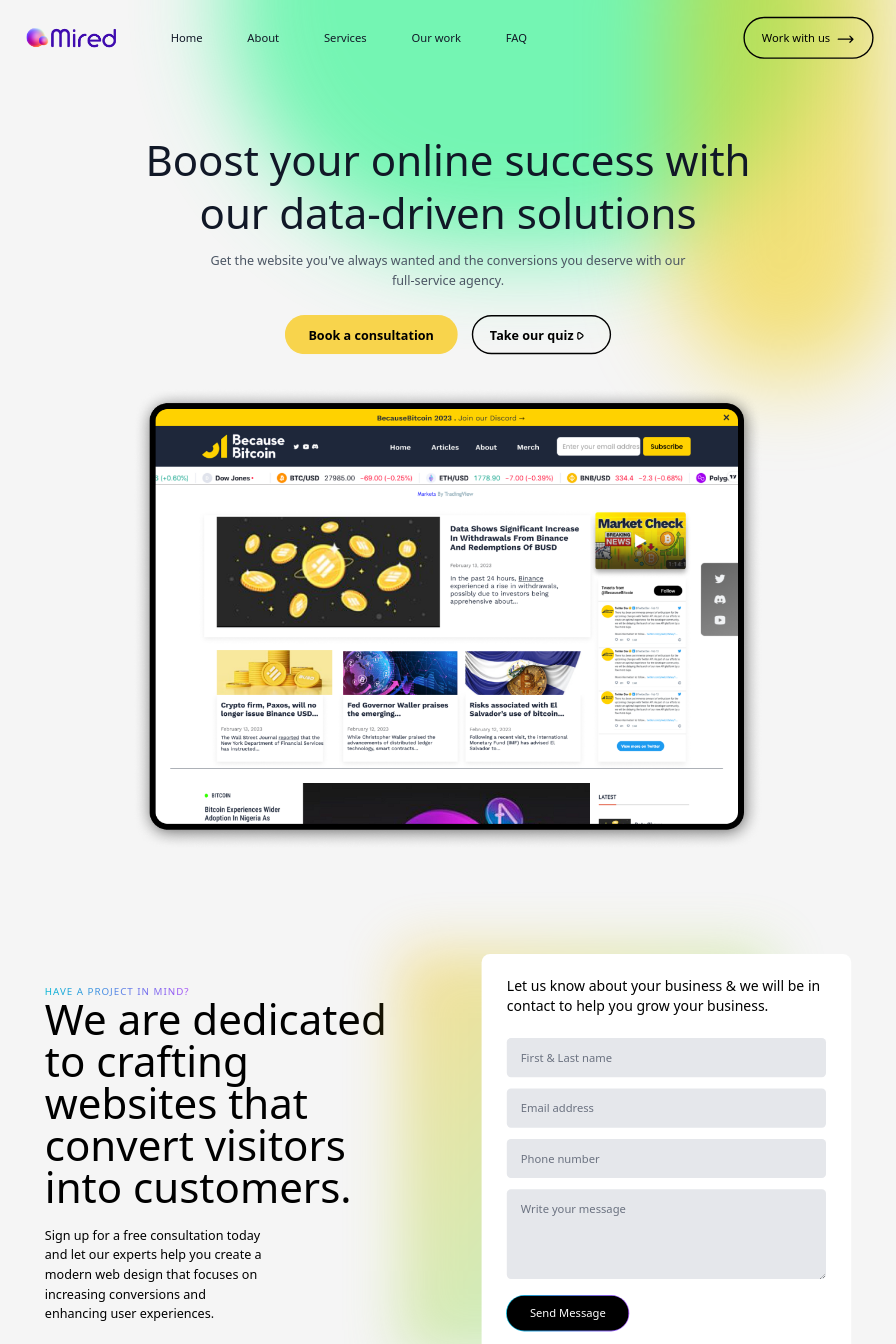
Repository: ornelasedward/mired_website
Page: /
The author's editor kept a copy of each file at every save. The page is drawn from the files as they stood at one save, then again after a run of saves.
The browser window is 1280 px wide. The pictures show the part of the page from y = 0 to 1920 px (the page is 2034 px tall before and 2644 px after), at 70% of full size.
The project was rebuilt for these pictures with package versions that can differ from the ones it lists, and the page was loaded fresh each time. The framework's server and built-in components were replaced by stand-ins that run in the browser. Also part of the build but not shown: next.config.js.

Above is the page before, as saved 2023-03-28 19:33:07.

After the next 2 saves:
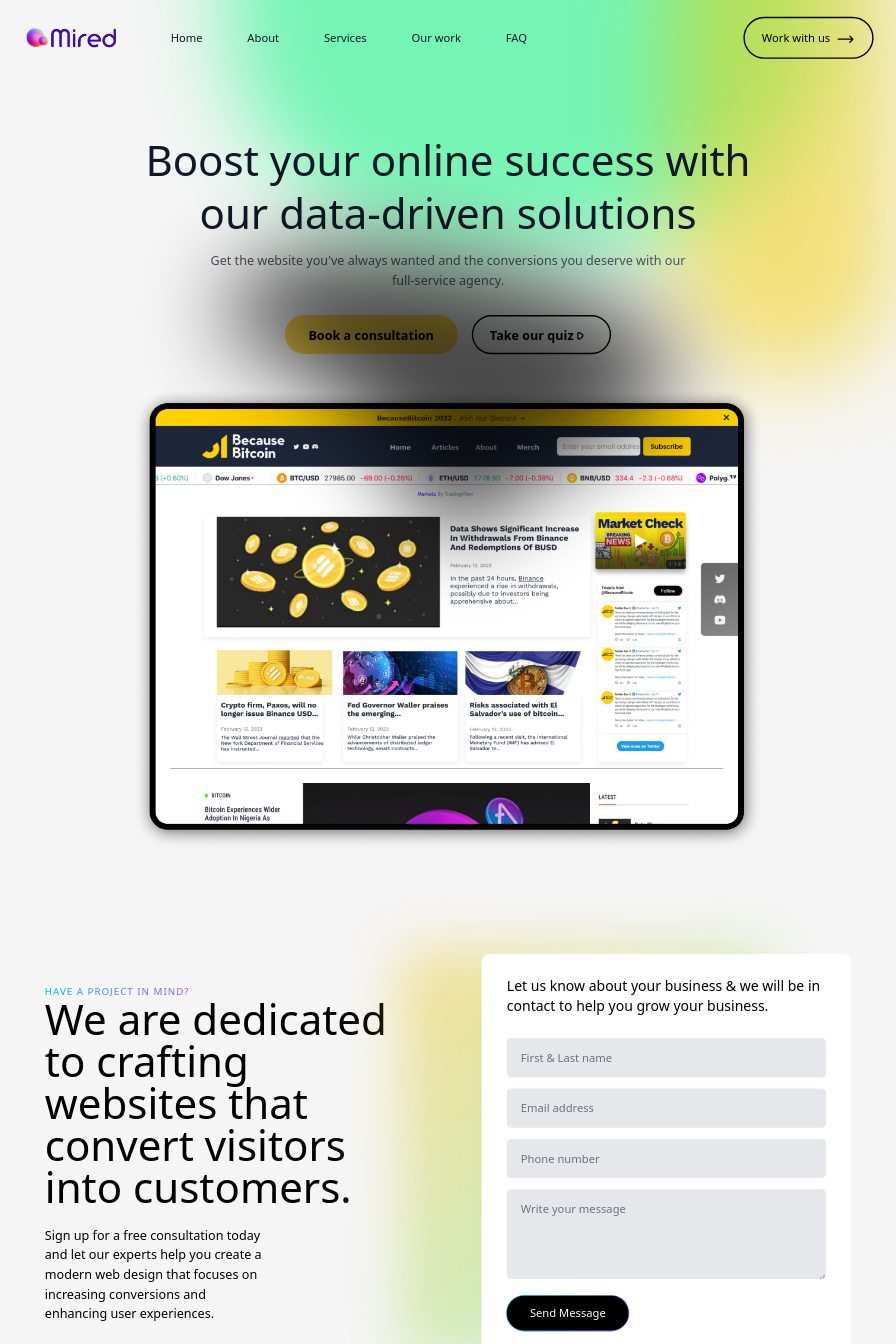
The 2 saves are shown as one change because they came seconds apart.
The last was saved 41 s later.
--- a/app/page.tsx
+++ b/app/page.tsx
@@ -15,8 +15,8 @@
     <main>
       <Hero />
       <Header />
-      {/* <Services />
-      <CTA />
+      <Services />
+      {/*  <CTA />
       <Testimonial />
       <FAQ />
       <Contact />
